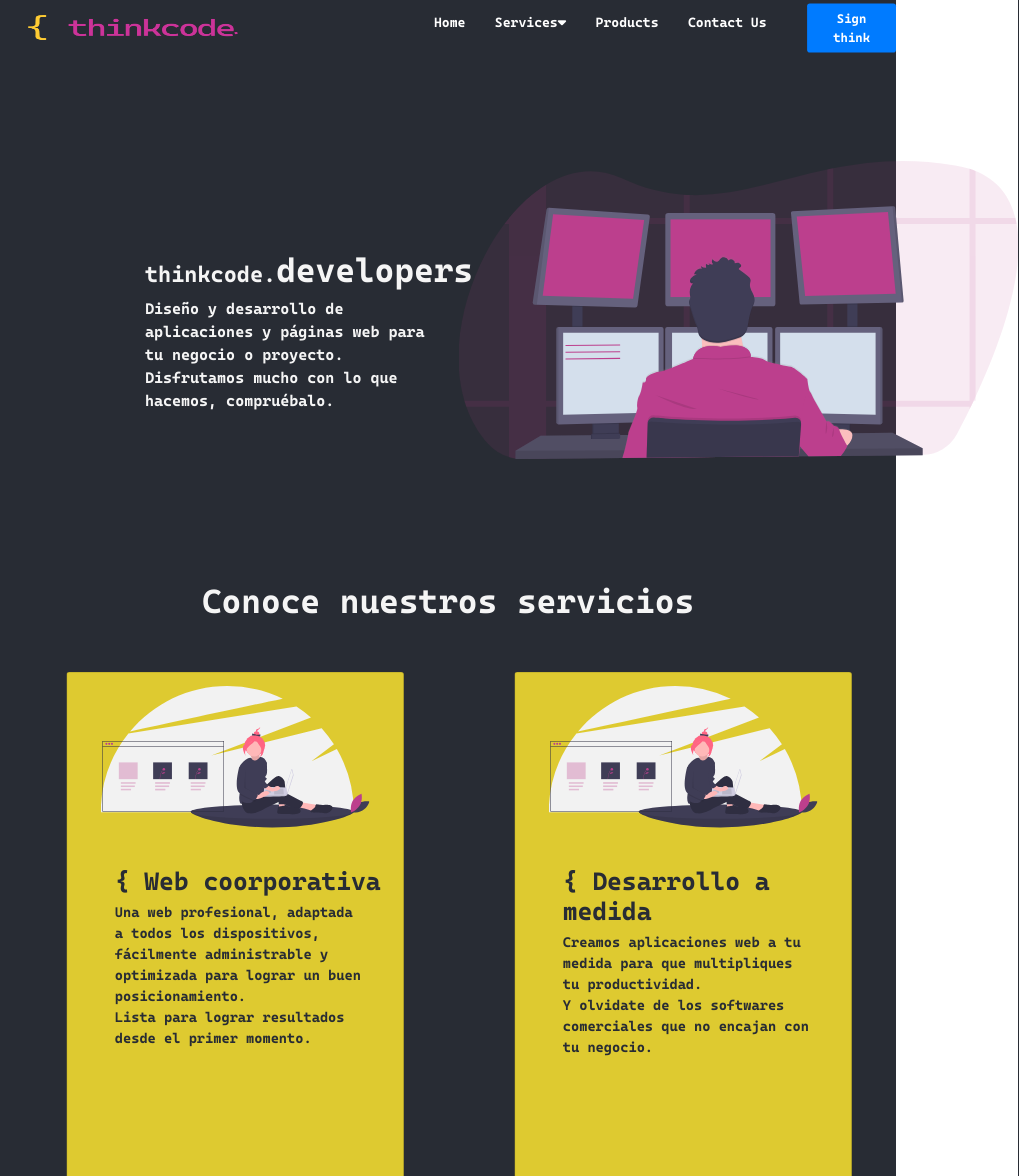
Repository: banchiec/thinkcode
Page: /
The author's editor kept a copy of each file at every save. The page is drawn from the files as they stood at one save, then again after the next save.
The browser window is 1280 px wide. The page is 1455 px wide, so the pictures cover 1455 px, including what lies to the right of the window. The pictures show the part of the page from y = 0 to 1680 px (the page is 3374 px tall), at 70% of full size.
Some web libraries are served in a nearby version. The project was rebuilt for these pictures with package versions that can differ from the ones it lists, and the page was loaded fresh each time. A package was used in the major version that the imports need, not the one package.json lists. Also part of the build but not shown: src/components/MenuItems.js, src/components/Dropdownthink.css, src/components/Dropdownthink.js, src/components/pages/Consulting.js, src/components/pages/ContactUs.js, src/components/pages/Marketing.js, src/components/pages/Products.js, src/components/pages/Services.js and 1 more.

Above is the page before, as saved 2020-11-27 01:16:59.

After the next save:
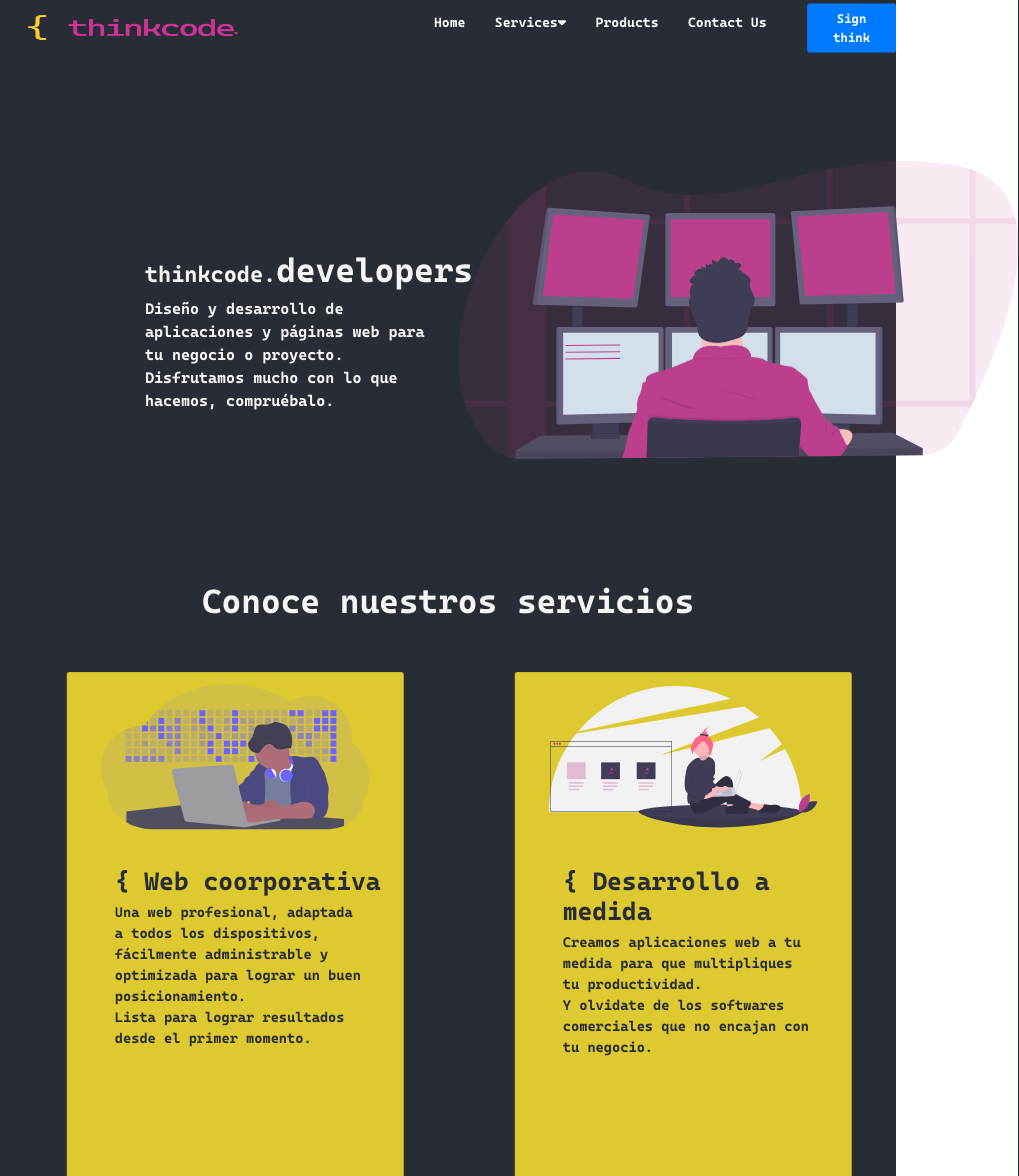
Saved 13 s later.
--- a/src/components/pricing/Pricing.js
+++ b/src/components/pricing/Pricing.js
@@ -15,7 +15,7 @@ export default function Pricing() {
                 <Col  className="container-card">
 
                     <Card  className="card-pricing" >
-                        <Card.Img className="image-pricing" variant ="top" src={imagen_desarrollo_a_medida}></Card.Img>
+                        <Card.Img className="image-pricing" variant ="top" src={imagensvg4}></Card.Img>
                         <Card.Body>
                             <h2 className="title-card">&#123;  Web coorporativa</h2>
                             <p className="text-card">
